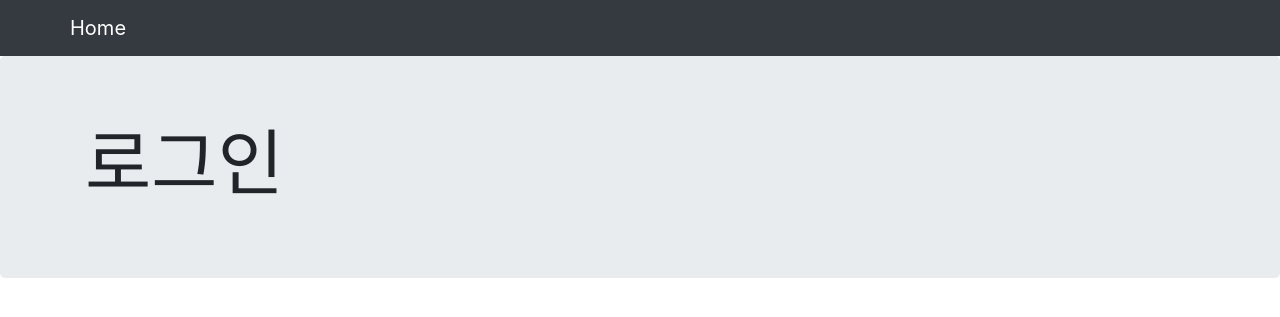
Repository: doyeong123/doyeonggit1
Page: http://localhost/webmarket/exceptionNoProductId.jsp
These files come from the project's save history. The page is drawn as it stood at one moment and after the next save; the edit follows.
The browser window is 1280 px wide. The pictures show the whole page.
The page is served by Tomcat 9.

Above is the page before, as saved 2023-12-13 04:00:36.

After the next save:
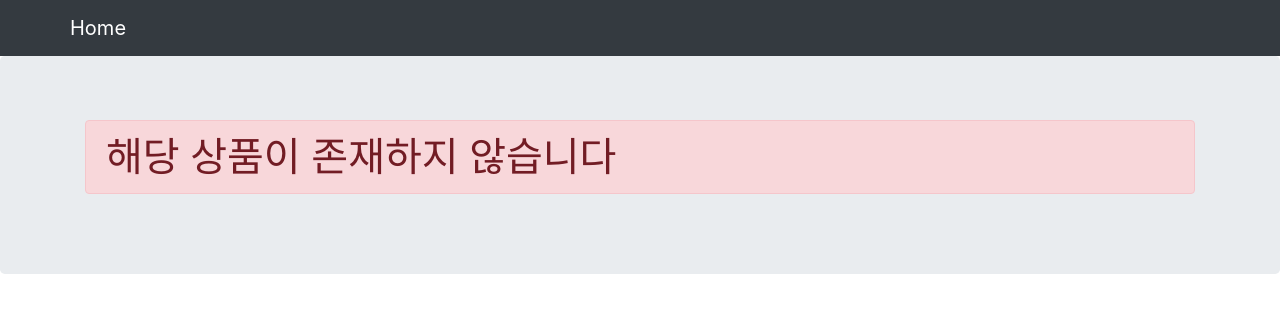
Saved 31 min 18 s later.
--- a/jsp/webmarket/src/main/webapp/exceptionNoProductId.jsp
+++ b/jsp/webmarket/src/main/webapp/exceptionNoProductId.jsp
@@ -11,7 +11,7 @@
 	<jsp:include page="menu.jsp"/>
 	<div class="jumbotron">
 		<div class="container">
-			<h1 class="display-3">로그인</h1>
+			<h1 class="alert alert-danger">해당 상품이 존재하지 않습니다</h1>
 		</div>
 	</div>
 </body>
